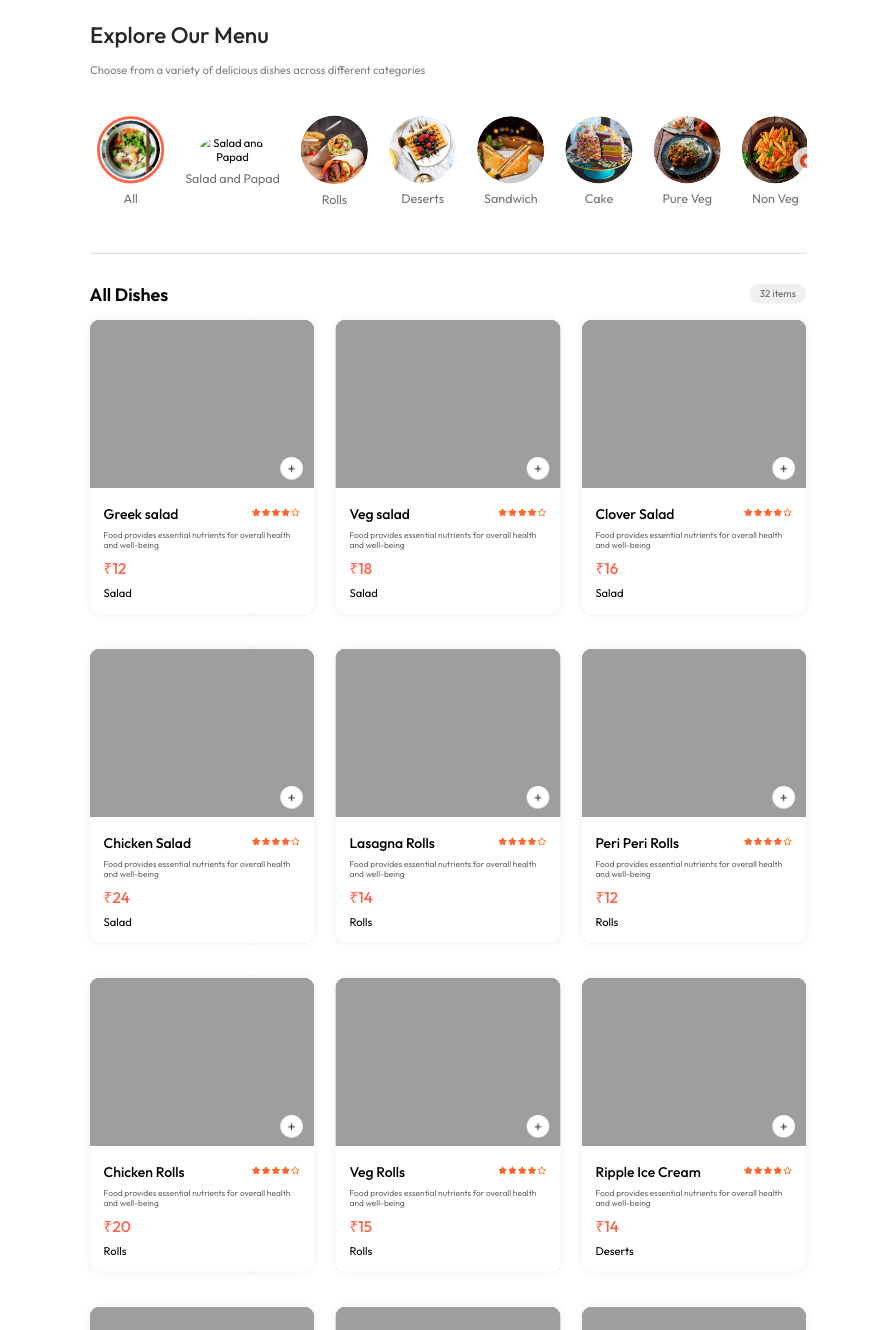
Repository: keyursanglikar/Hotel-Manangement
Page: / (app in frontend/)
The author's editor kept a copy of each file at every save. The page is drawn from the files as they stood at one save, then again after the next save.
The browser window is 1280 px wide. The pictures show the part of the page from y = 609 to 2509 px (the page is 9373 px tall), at 70% of full size.
The page's requests for data from a server got no answer. The project was rebuilt for these pictures with package versions that can differ from the ones it lists, and the page was loaded fresh each time. No one was signed in, and anything a server would have sent is missing. Also part of the build but not shown: frontend/vite.config.js, frontend/src/pages/Cart/Cart.css, frontend/src/pages/Cart/Cart.jsx, frontend/src/pages/PlaceOrder/PlaceOrder.jsx, frontend/src/components/LoginPopup/LoginPopup.css, frontend/src/components/LoginPopup/LoginPopup.jsx, frontend/src/pages/Verify/Verify.css, frontend/src/pages/Verify/Verify.jsx and 2 more.

Above is the page before, as saved 2025-12-04 23:21:57.

After the next save:
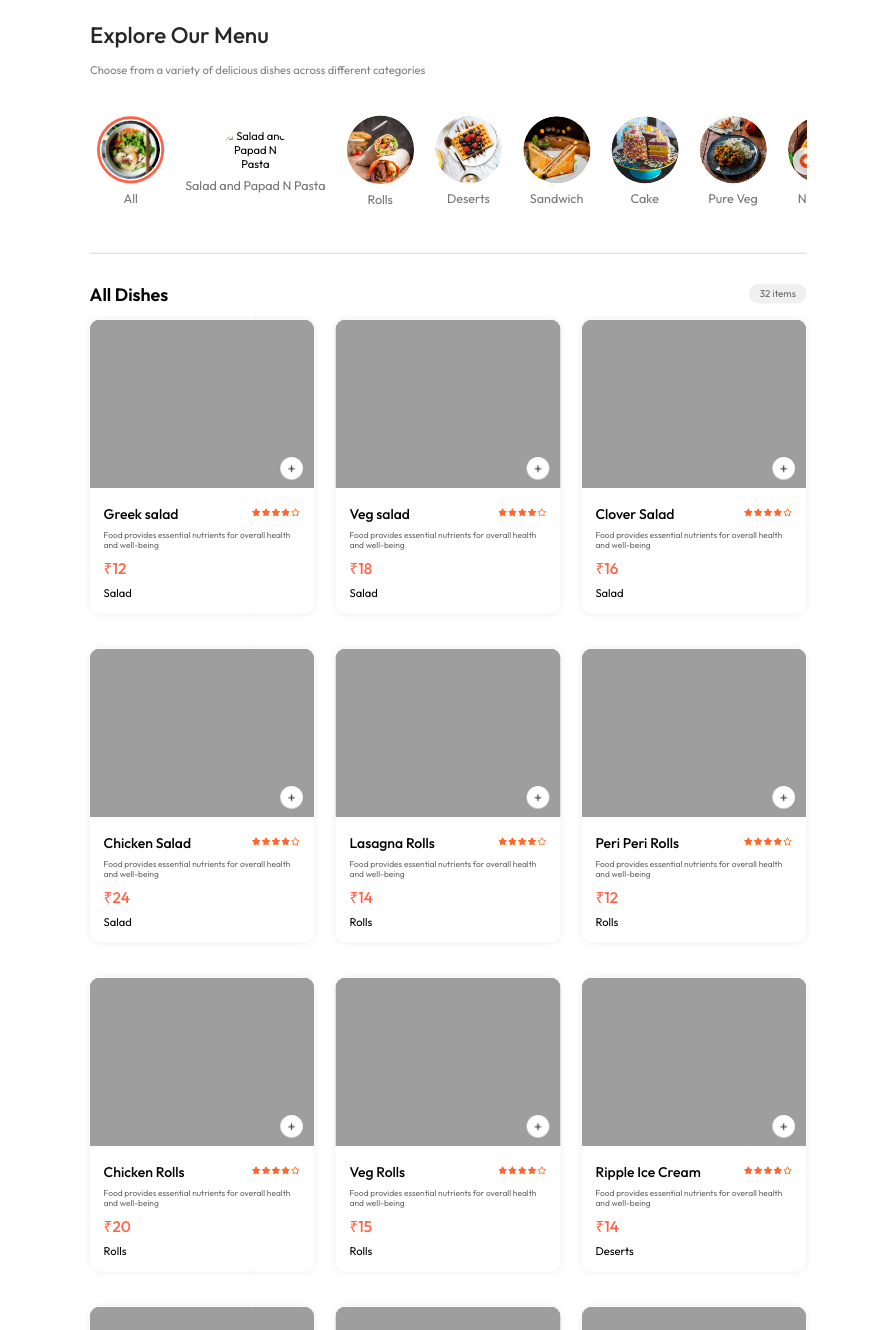
Saved 24 s later.
--- a/frontend/src/components/ExploreMenu/ExploreMenu.jsx
+++ b/frontend/src/components/ExploreMenu/ExploreMenu.jsx
@@ -41,7 +41,7 @@ const ExploreMenu = ({ category, setCategory }) => {
   // Define all available categories
   const allCategories = [
     "All",
-    "Salad and Papad",
+    "Salad and Papad N Pasta",
     "Rolls",
     "Deserts",
     "Sandwich",
